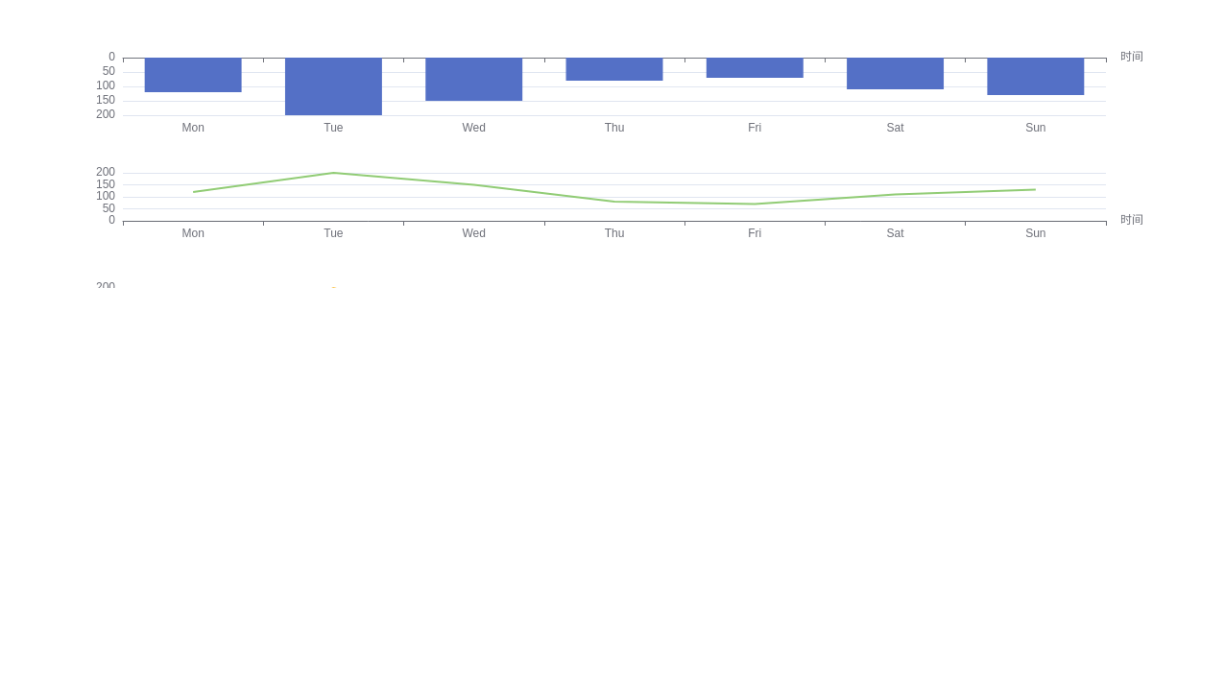
Repository: LeP-Ton/curve
Page: /
The author's editor kept a copy of each file at every save. The page is drawn from the files as they stood at one save, then again after the next save.
The browser window is 1280 px wide. The pictures show the whole page, at 96% of full size.
The project was rebuilt for these pictures with package versions that can differ from the ones it lists, and the page was loaded fresh each time.

Above is the page before, as saved 2022-08-18 20:16:35.

### src/index.js
import React from "react";
import ReactDOM from "react-dom/client";
import "./index.css";
import Echart from "./Echart";
import reportWebVitals from "./reportWebVitals";

const root = ReactDOM.createRoot(document.getElementById("root"));
const option = {
  tooltip: {
    trigger: "axis",
    // formatter:function(params){
    //   console.log("---",params[0]);
    //   return(`${params[0].axisId}:${params[0].axisValue} ${params[0].seriesName}:${params[0].value}`)
    // }
  },
  xAxis: [
    {
      name: "时间",
      type: "category",
      data: ["Mon", "Tue", "Wed", "Thu", "Fri", "Sat", "Sun"],
    },
    {
      name: "时间",
      type: "category",
      data: ["Mon", "Tue", "Wed", "Thu", "Fri", "Sat", "Sun"],
      gridIndex: 1
    },
    {
      name: "时间",
      type: "category",
      data: ["Mon", "Tue", "Wed", "Thu", "Fri", "Sat", "Sun"],
      gridIndex: 2
    },
  ],
  yAxis: [
    {
      type: "value",
      inverse: true,
    },
    {
      gridIndex: 1
    },
    {
      gridIndex: 2
    }

  ],
  grid: [
    {
      bottom: '60%'
    },
    {
      top: '60%'
    },
    {
      top: '100%',
      bottom: '-60%'
    }
  ],
  series: [
    {
      name: "温度",
      data: [120, 200, 150, 80, 70, 110, 130],
      type: "bar",
    },
    {
      name: "宽度",
      type: "line",
      showSymbol: false,
      data: [120, 200, 150, 80, 70, 110, 130],
      xAxisIndex: 1,
      yAxisIndex: 1,
    },
    {
      name: "长度",
      type: "line",
      showSymbol: false,
      data: [120, 200, 150, 80, 70, 110, 130],
      xAxisIndex: 2,
      yAxisIndex: 2,
    }
  ],
};
root.render(
  <React.StrictMode>
    <Echart options={option} style={{ height: "300px" }} />
  </React.StrictMode>
);

// If you want to start measuring performance in your app, pass a function
// to log results (for example: reportWebVitals(console.log))
// or send to an analytics endpoint. Learn more: https://bit.ly/CRA-vitals
reportWebVitals();

### src/Echart.js
import React, {
  useEffect,
  useRef,
  useState
} from 'react';
import * as echarts from 'echarts';

const Echart = props => {
  const { options, style } = props;
  const chartRef = useRef();
  const [myChart, setMyChart] = useState(null);

  const resizeEcharts = () => {
    myChart.resize();
  };

  useEffect(() => {
    setMyChart(echarts.init(chartRef.current));
  }, []);

  useEffect(() => {
    if (myChart) {
      window.addEventListener('resize', resizeEcharts);
      return () => {
        window.removeEventListener('resize', resizeEcharts);
        myChart.dispose();
        setMyChart(null);
      };
    }
  }, [myChart]);

  useEffect(() => {
    myChart && myChart.setOption(options);
  }, [myChart, options]);

  return <div ref={chartRef} className="default-charts" style={style} />;
};

export default Echart;

Loaded but not shown: public/index.html (common file); src/index.css (common file); src/reportWebVitals.js (common file)

After the next save:
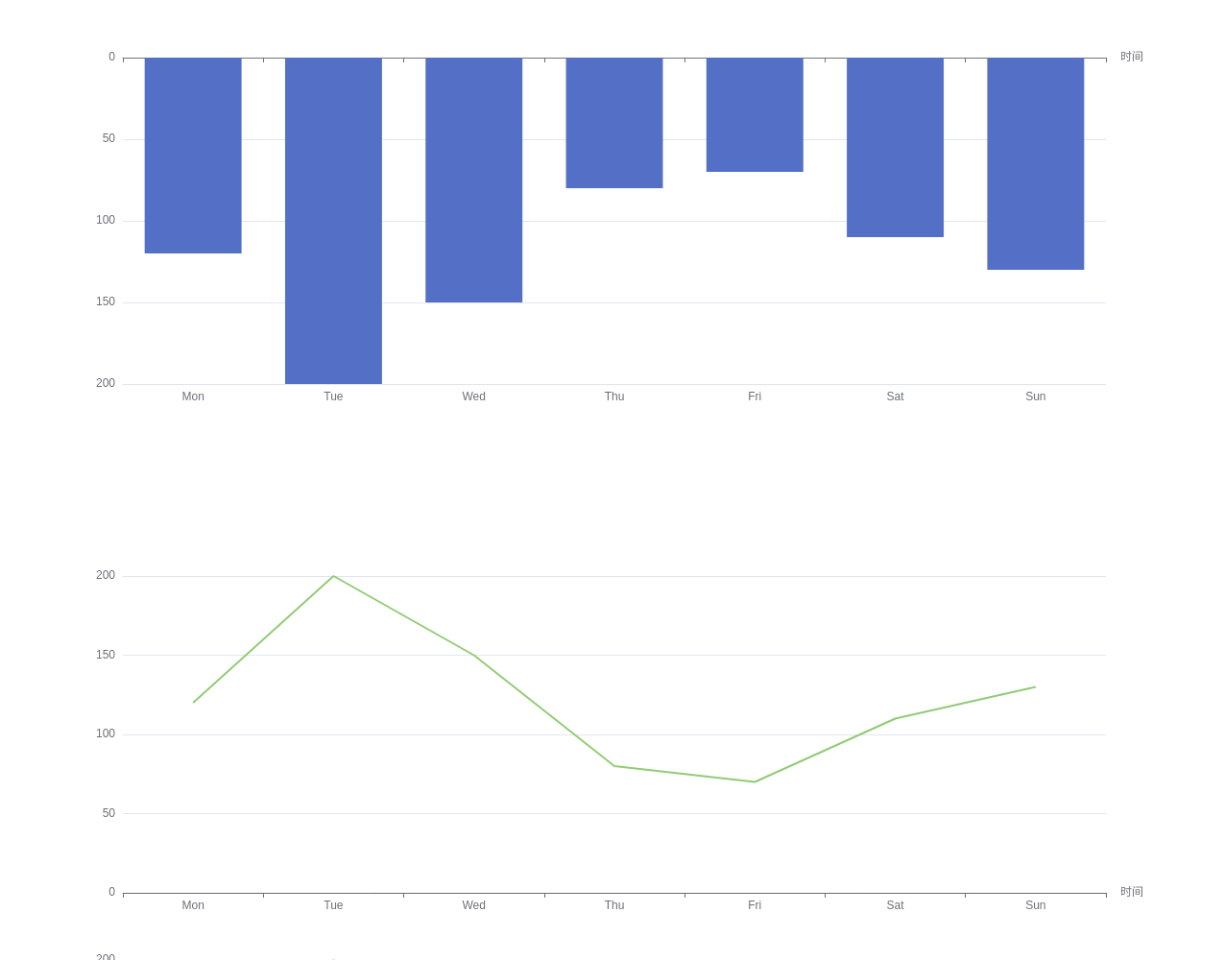
Saved 11 s later.
--- a/src/index.js
+++ b/src/index.js
@@ -83,7 +83,7 @@
 };
 root.render(
   <React.StrictMode>
-    <Echart options={option} style={{ height: "300px" }} />
+    <Echart options={option} style={{ height: "1000px" }} />
   </React.StrictMode>
 );
 

After the save that followed:
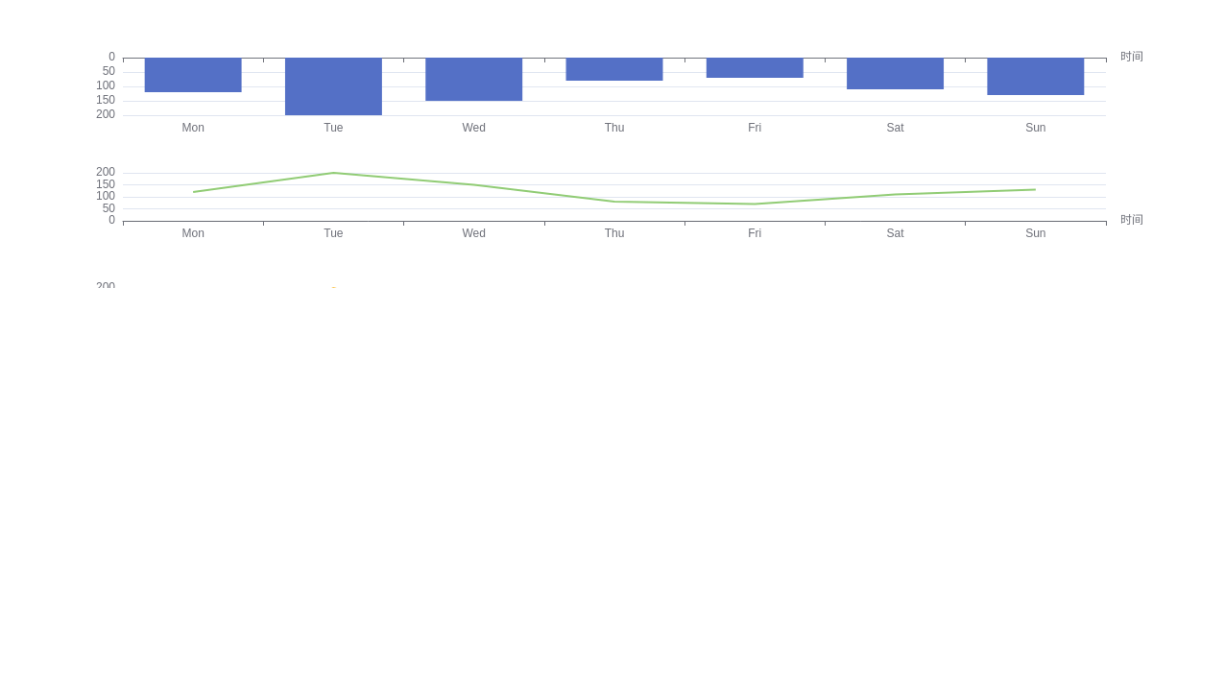
Saved 22 s later.
--- a/src/index.js
+++ b/src/index.js
@@ -83,7 +83,7 @@
 };
 root.render(
   <React.StrictMode>
-    <Echart options={option} style={{ height: "1000px" }} />
+    <Echart options={option} style={{with:'300px', height: "300px" }} />
   </React.StrictMode>
 );
 
